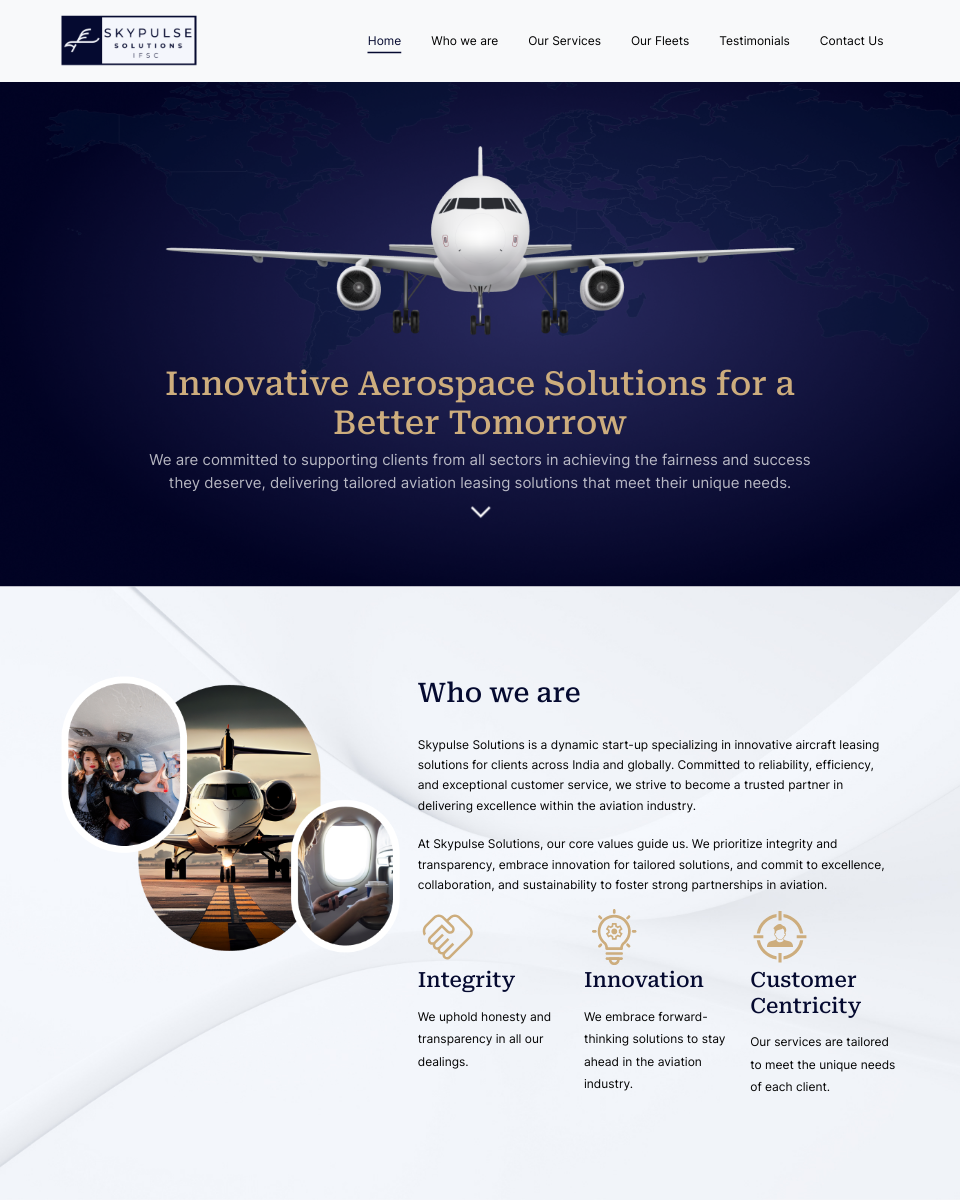
Repository: mangalravi/SkyPulse
Page: index.html
The author's editor kept a copy of each file at every save. The page is drawn from the files as they stood at one save, then again after the next save.
The browser window is 1280 px wide. The pictures show the whole page, at 75% of full size.

Above is the page before, as saved 2024-12-30 10:33:16.

### index.html
<!DOCTYPE html>
<html lang="en">
  <head>
    <meta charset="UTF-8" />
    <meta name="viewport" content="width=device-width, initial-scale=1.0" />
    <title>SkyPluse</title>
    <link rel="icon" href="content/images/favicon.png" type="image/x-icon" />
    <link
      rel="stylesheet"
      type="text/css"
      href="content/bootstrap/css/bootstrap.min.css"
    />
    <link rel="stylesheet" type="text/css" href="content/css/font-family.css" />
    <link rel="stylesheet" type="text/css" href="content/css/Icon.css" />
    <link
      rel="stylesheet"
      type="text/css"
      href="content/lib/slick/css/slick.min.css"
    />
    <link rel="stylesheet" type="text/css" href="content/css/custom.css" />
  </head>
  <body>
    <header class="nvbrhdr position-fixed w-100">

      <nav class="navbar navbar-expand-lg bg-body-tertiary p-0">
        <div class="container-fluid container-lg">
          <a class="navbar-brand m-0 p-0" href="#">
            <img src="content/images/logo.png" alt="logo">
          </a>
          <button class="navbar-toggler" type="button" data-bs-toggle="collapse" data-bs-target="#navbarSupportedContent" aria-controls="navbarSupportedContent" aria-expanded="false" aria-label="Toggle navigation">
            <span class="navbar-toggler-icon"></span>
          </button>
          <div class="collapse navbar-collapse" id="navbarSupportedContent">
            <ul class="navbar-nav ms-auto mb-2 mb-lg-0">
              <li class="nav-item">
                <a class="nav-link active ps-0" aria-current="page" href="#">Home</a>
              </li>
              <li class="nav-item">
                <a class="nav-link" href="#">Who we are</a>
              </li>

              <li class="nav-item">
                <a class="nav-link" href="#">Our Services</a>
              </li>
              <li class="nav-item">
                <a class="nav-link" href="#">Our Fleets</a>
              </li>
              <li class="nav-item">
                <a class="nav-link" href="#">Testimonials</a>
              </li>

              <li class="nav-item">
                <a class="nav-link pe-0" href="#">Contact Us</a>
              </li>
            </ul>

          </div>
        </div>
      </nav>

    </header>
   <section class="top-banner" style="background:url(content/images/banner-bg.png)">
    <div class="container">
      <div class="row justify-content-center">
        <div class="col-md-10">
          <div class="topcntnt text-center">
            <img src="content/images/airplane.png" alt="airplane">
            <h1 class="mb-2 fw-medium">Innovative Aerospace Solutions for a Better Tomorrow</h1>
            <p class="mb-2">We are committed to supporting clients from all sectors in achieving the fairness and success they deserve, delivering tailored aviation leasing solutions that meet their unique needs.</p>
            <span class="material-symbols-outlined">  arrow_forward_ios </span>
          </div>
        </div>
      </div>
    </div>
   </section>
   <section class="who-we-are" style="background:url(content/images/who-we-are-bg.jpg)">
    <div class="container">
      <div class="row justify-content-center gx-4">
        <div class="col-md-5">
<img src="content/images/who-we-are.png" alt="who">
          </div>
        <div class="col-md-7">
<h2 class="sec-head ">Who we are</h2>
<p class="sec-para mb-4">Skypulse Solutions is a
  dynamic start-up specializing in innovative aircraft leasing solutions
   for clients across India
  and globally.  Committed
   to reliability, efficiency, and exceptional
   customer service, we
   strive to become a
   trusted partner in
   delivering excellence
   within the aviation industry.</p>
   <p class="sec-para mb50">
    At Skypulse Solutions, our core values guide us. We prioritize integrity and transparency, embrace innovation for tailored solutions, and commit to excellence, collaboration, and sustainability to foster strong partnerships in aviation.
   </p>
   <div class="row">
    <div class="col-md-4">
      <img src="content/images/integrity.svg" alt="integrity">
      <h3>Integrity</h3>
      <p>We uphold honesty and transparency in all our dealings.</p>
    </div>
    <div class="col-md-4">
      <img src="content/images/innovation.svg" alt="innovation">
      <h3>Innovation</h3>
      <p>We embrace forward-thinking solutions to stay ahead in the aviation industry.</p>
    </div>
    <div class="col-md-4">
      <img src="content/images/customer-centricity.svg" alt="customer-centricity">
      <h3>Customer Centricity</h3>
      <p>Our services are tailored to meet the unique needs of each client.</p>
    </div>
   </div>
          </div>
          </div>
          </div>
          </div>
    <script src="content/js/jquery.min.js"></script>
  <script src="content/bootstrap/js/bootstrap.bundle.min.js"></script>
    <script src="content/lib/slick/js/slick.min.js"></script>
    <script src="content/js/custom.js"></script>
  </body>
</html>

### content/css/font-family.css
/* Inter Family */

@font-face {
  font-family: "Inter";
  font-style: normal;
  font-weight: 400;
  src: url("../fonts/Inter/Inter-Regular.ttf") format("truetype");
  font-display: swap;
}

@font-face {
  font-family: "Inter";
  font-style: normal;
  font-weight: 500;
  src: url("../fonts/Inter/Inter-Medium.ttf") format("truetype");
  font-display: swap;
}

/* Roboto Serif Family */

@font-face {
  font-family: "RobotoSerif";
  font-style: normal;
  font-weight: 400;
  src: url("../fonts/Roboto-Serif/RobotoSerif-Regular.ttf") format("truetype");
  font-display: swap;
}

@font-face {
  font-family: "RobotoSerif";
  font-style: normal;
  font-weight: 500;
  src: url("../fonts/Roboto-Serif/RobotoSerif-Medium.ttf") format("truetype");
  font-display: swap;
}

### content/css/Icon.css
/* fallback */
@font-face {
    font-family: 'Material Icons';
    font-style: normal;
    font-weight: 300;
    src: url(../fonts/icon.woff2) format('woff2');
  }
  /* fallback */
  @font-face {
    font-family: 'Material Icons Outlined';
    font-style: normal;
    font-weight: 300;
    src: url(../fonts/icon-outline.woff2) format('woff2');
  }
  @font-face {
    font-family: 'Material Symbols Outlined';
    font-style: normal;
    font-weight: 300;
    src: url(../fonts/icon-symbol-outline.woff2) format('woff2');
  }

  .material-icons {
    font-family: 'Material Icons';
    font-weight: normal;
    font-style: normal;
    font-size: 24px;
    line-height: 1;
    letter-spacing: normal;
    text-transform: none;
    display: inline-block;
    white-space: nowrap;
    word-wrap: normal;
    direction: ltr;
    -webkit-font-feature-settings: 'liga';
    -webkit-font-smoothing: antialiased;
  }

  .material-icons-outlined {
    font-family: 'Material Icons Outlined';
    font-weight: normal;
    font-style: normal;
    font-size: 24px;
    line-height: 1;
    letter-spacing: normal;
    text-transform: none;
    display: inline-block;
    white-space: nowrap;
    word-wrap: normal;
    direction: ltr;
    -webkit-font-feature-settings: 'liga';
    -webkit-font-smoothing: antialiased;
  }
 /* Fallback */


.material-symbols-outlined {
  font-family: 'Material Symbols Outlined';
  font-weight: normal;
  font-style: normal;
  font-size: 24px;
  line-height: 1;
  letter-spacing: normal;
  text-transform: none;
  display: inline-block;
  white-space: nowrap;
  word-wrap: normal;
  direction: ltr;
  -webkit-font-feature-settings: 'liga';
  -webkit-font-smoothing: antialiased;
}

### content/lib/slick/css/slick.min.css
/**
 * Minified by jsDelivr using clean-css v4.2.0.
 * Original file: /npm/slick-carousel@1.8.1/slick/slick.css
 *
 * Do NOT use SRI with dynamically generated files! More information: https://www.jsdelivr.com/using-sri-with-dynamic-files
 */
 .slick-slider{position:relative;display:block;box-sizing:border-box;-webkit-user-select:none;-moz-user-select:none;-ms-user-select:none;user-select:none;-webkit-touch-callout:none;-khtml-user-select:none;-ms-touch-action:pan-y;touch-action:pan-y;-webkit-tap-highlight-color:transparent}.slick-list{position:relative;display:block;overflow:hidden;margin:0;padding:0}.slick-list:focus{outline:0}.slick-list.dragging{cursor:pointer;cursor:hand}.slick-slider .slick-list,.slick-slider .slick-track{-webkit-transform:translate3d(0,0,0);-moz-transform:translate3d(0,0,0);-ms-transform:translate3d(0,0,0);-o-transform:translate3d(0,0,0);transform:translate3d(0,0,0)}.slick-track{position:relative;top:0;left:0;display:block;margin-left:auto;margin-right:auto}.slick-track:after,.slick-track:before{display:table;content:''}.slick-track:after{clear:both}.slick-loading .slick-track{visibility:hidden}.slick-slide{display:none;float:left;height:100%;min-height:1px}[dir=rtl] .slick-slide{float:right}.slick-slide img{display:block}.slick-slide.slick-loading img{display:none}.slick-slide.dragging img{pointer-events:none}.slick-initialized .slick-slide{display:block}.slick-loading .slick-slide{visibility:hidden}.slick-vertical .slick-slide{display:block;height:auto;border:1px solid transparent}.slick-arrow.slick-hidden{display:none}
 /*# sourceMappingURL=/sm/fb3ed351cd5c0f1f30f88778ee1f9b056598e6d25ac4fdcab1eebcd8be521cd9.map */

### content/css/custom.css
:root {
  --bs-primary-color: #050A30;
  --bs-secondary-color: #030303;
  --bs-gold-color: #CDAD7D;
  --bs-heading-font-family: 'RobotoSerif', serif;
  --bs-body-font-family: 'Inter', sans-serif;
}

  section {
    padding: 120px 0;
  }
  p {
    color:var(--bs-secondary-color);
    line-height: 1.875rem;
    font-weight: 400;
  }
  a {
    text-decoration: none;
  }
  h1,h2,h3,h4,h5,h6 {
    font-family: var(--bs-heading-font-family);
    font-weight: 500;
    margin-bottom: 1rem;
    color:var(--bs-primary-color);
  }
  .material-symbols-outlined {
    font-weight: bold;
    font-size:1.25rem;
    transition:all 0.7s;
  }
  img {
    max-width: 100%;
  }
  body{
    padding:0 ;
  }
 .navbar{
background: #FFFFFFF2;
 }
 .navbar-expand-lg .navbar-nav .nav-link {
padding: 2.781rem 0;
margin:0 1.25rem;
color:#000000;
line-height: 1.25rem;
position: relative;
 }
 .navbar-expand-lg .navbar-nav .nav-link.active {
  color: var(--bs-primary-color);
 }
 .navbar-expand-lg .navbar-nav .nav-link::before{
  position: absolute;
  content: "";
  background: transparent;
  width: 100%;
  height: 2px;
  left: 0;
  top: 63%;
 }
 .navbar-expand-lg .navbar-nav .nav-link.active::before,
  .navbar-expand-lg .navbar-nav .nav-link:hover::before {
background:var(--bs-primary-color);
 }

/* top-banner */
.top-banner{
  padding-top: 195px;
   padding-bottom: 78px;
background-size:cover;
background-position:center;
 }
.top-banner .topcntnt img{
margin-bottom: 2.5rem;
 }
.top-banner .topcntnt h1{
color:#CDAD7D;
font-size:2.75rem;
line-height: 51.52px;
letter-spacing: 1.5%;
 }
.top-banner .topcntnt p{
font-size:1.25rem;
line-height: 1.875rem;
color:#fff;
opacity: 0.7;
 }
.top-banner .topcntnt span{
  font-size: 2rem;
  transform: rotate(90deg);
  color: #fff;
}
.sec-head{
  font-size: 2.25rem;
  line-height: 45px;
}
.who-we-are .sec-head{
  margin-bottom: 2rem;
}
.gold{
  color:#CDAD7D;
}
.sec-para{
  color:#030303;
  line-height: 27.2px;
}

### content/js/custom.js
$(window).scroll(function () {
  $(this).scrollTop() >= 250
    ? $(".nvbrhdr").addClass("bg-white")
    : $(".nvbrhdr").removeClass("bg-white");
})

Loaded but not shown: content/bootstrap/css/bootstrap.min.css (library); content/js/jquery.min.js (library); content/bootstrap/js/bootstrap.bundle.min.js (library); content/lib/slick/js/slick.min.js (library)

After the next save:
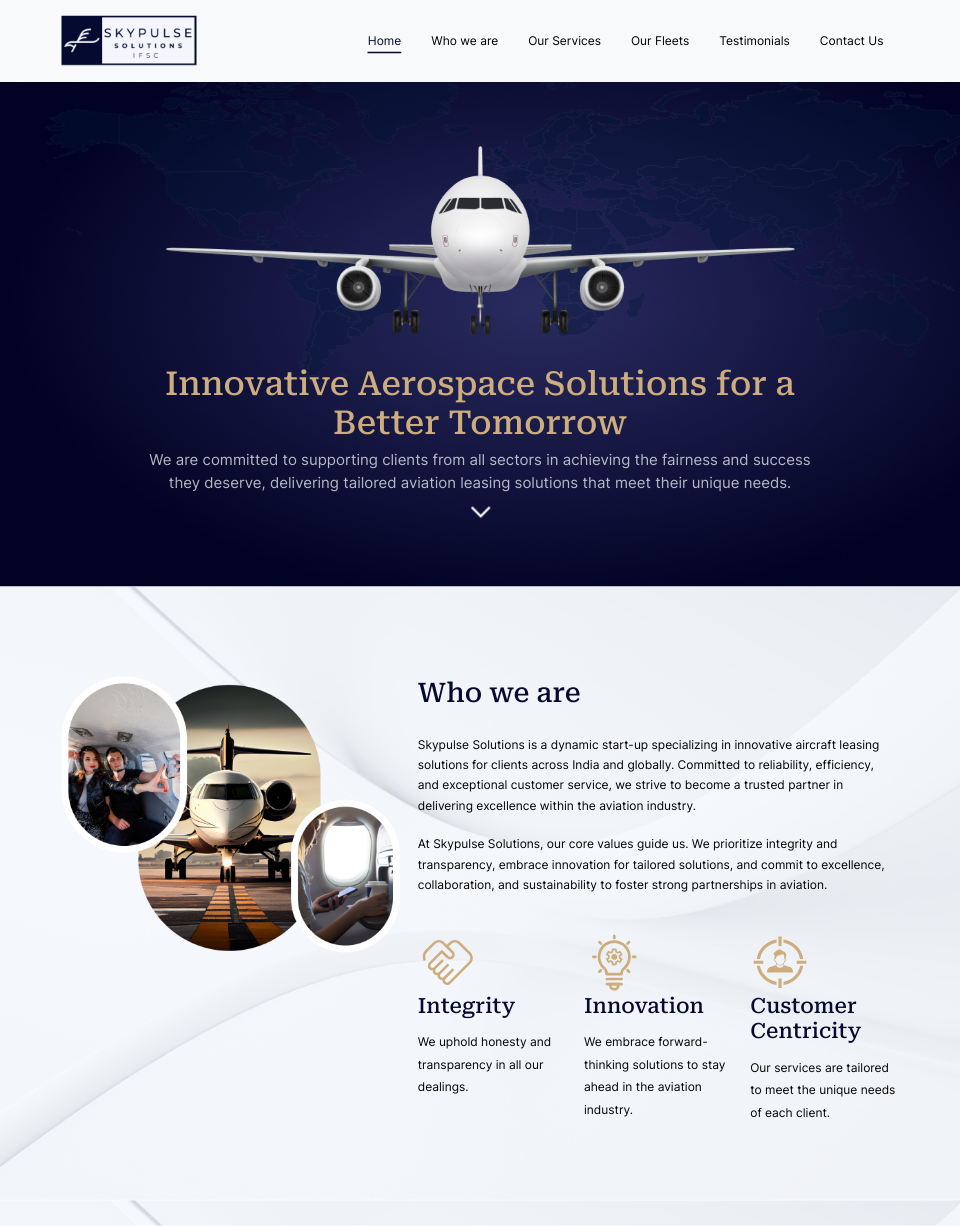
Saved 13 s later.
--- a/content/css/custom.css
+++ b/content/css/custom.css
@@ -102,3 +102,6 @@ opacity: 0.7;
   color:#030303;
   line-height: 27.2px;
 }
+.mb50{
+  margin-bottom: 50px;
+}
